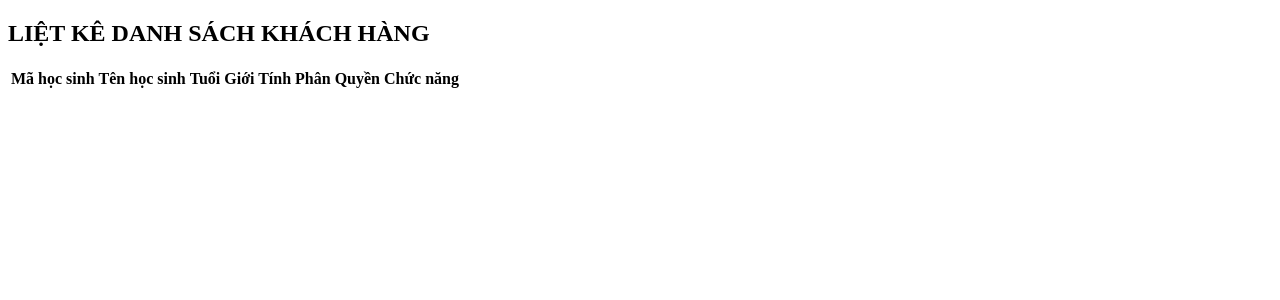
Repository: nguyenquocvuong010195/Jsp-Servlet
Page: http://localhost/JSP-Servlet-Buy/StudentManagerServlet
An editor plug-in stored every save of this project. The page is shown before and after the next save, followed by the edit.
The browser window is 1280 px wide. The pictures show the whole page.
The page is served by Tomcat 9. Queries for data that is not in the repository find no rows.

Above is the page before, as saved 2020-07-29 16:21:04.
Console error: ReferenceError: $ is not defined

After the next save:
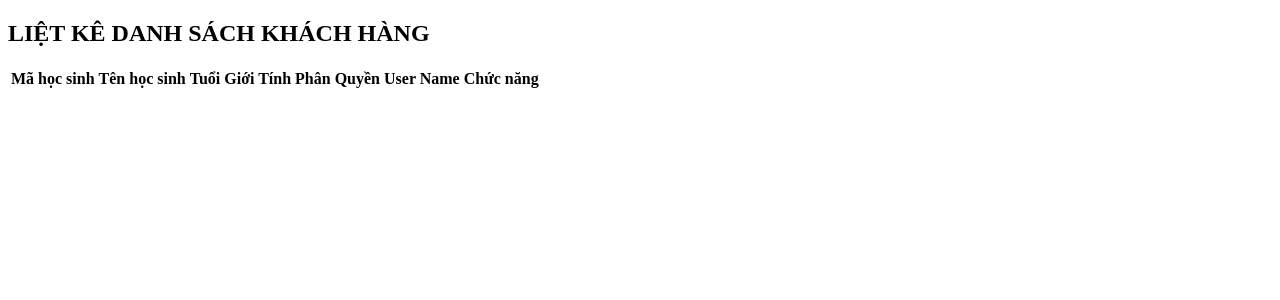
Saved 14 s later.
--- a/JSP-Servlet/JSP-Servlet-Buy/WebContent/studentManager.jsp
+++ b/JSP-Servlet/JSP-Servlet-Buy/WebContent/studentManager.jsp
@@ -24,6 +24,7 @@
 					<th>Tuổi</th>
 					<th>Giới Tính</th>
 					<th>Phân Quyền</th>
+					<th>User Name</th>
 					<th>Chức năng</th>
 				</tr>
 			</thead>
